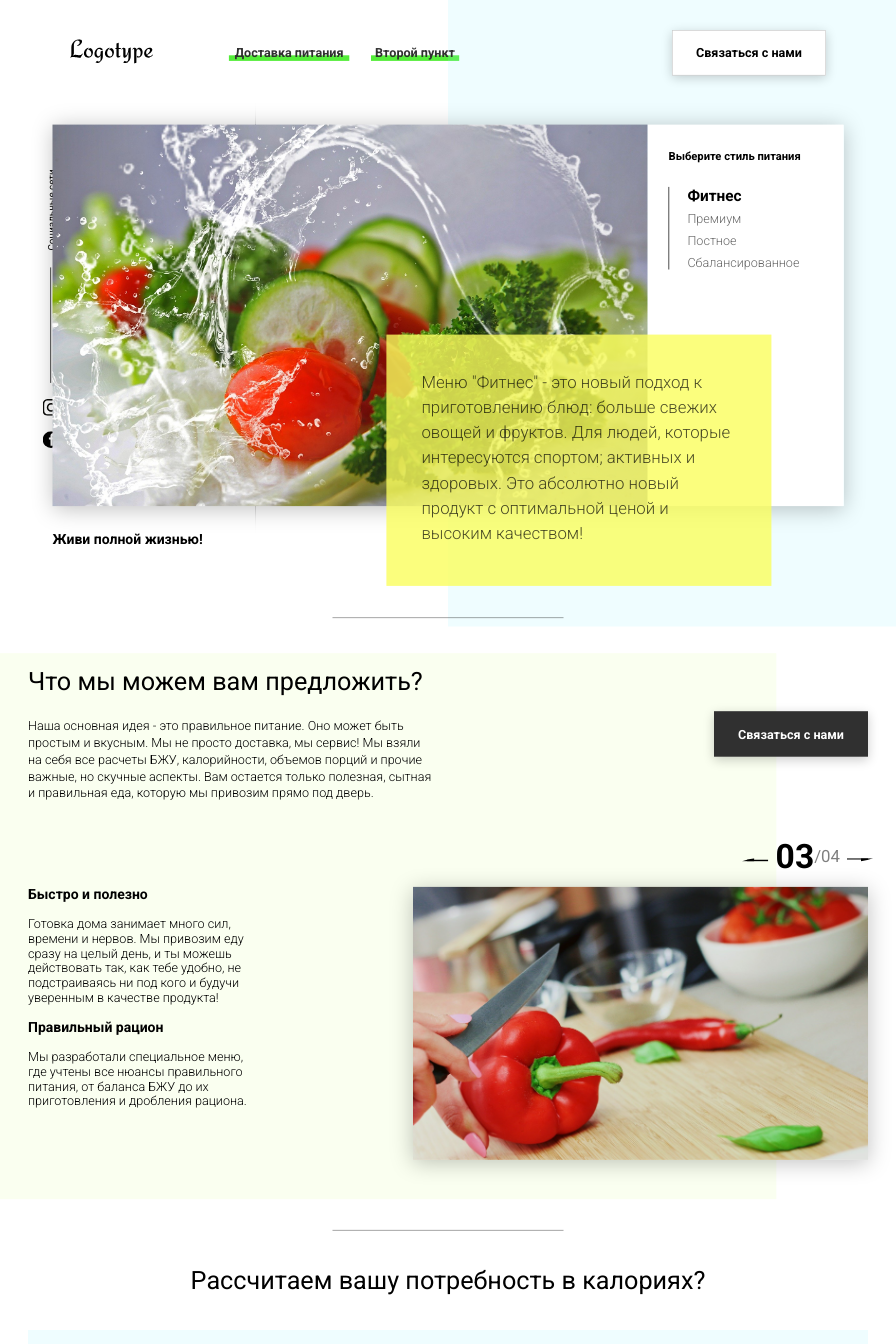
Repository: ne-comilfo/food
Page: index.html
These files come from the project's save history. The page is drawn as it stood at one moment and after a run of saves; the edit follows.
The browser window is 1280 px wide. The pictures show the part of the page from y = 0 to 1920 px (the page is 4251 px tall before and 3967 px after), at 70% of full size.

Above is the page before, as saved 2025-07-23 18:34:43.

### index.html
<!DOCTYPE html>
<html lang="en">

<head>
    <meta charset="UTF-8">
    <meta name="viewport" content="width=device-width, initial-scale=1.0">
    <title>Food</title>
    <link rel="stylesheet" href="css/style.css">
</head>

<body>
    <header class="header">
        <div class="header__left-block">
            <div class="header__logo">
                <img src="icons/logo.svg" alt="Логотип">
            </div>
            <nav class="header__links">
                <a href="#" class="header__link">Доставка питания</a>
                <a href="#" class="header__link">Второй пункт</a>
            </nav>
        </div>
        <div class="header__right-block">
            <button data-modal class="btn btn_white">Связаться с нами</button>
        </div>
    </header>
    <div class="sidepanel">
        <div class="sidepanel__text"><span>Социальные сети</span></div>
        <div class="sidepanel__divider"></div>
        <a href="#" class="sidepanel__icon">
            <img src="icons/instagram.svg" alt="instagram">
        </a>
        <a href="#" class="sidepanel__icon">
            <img src="icons/facebook.svg" alt="facebook">
        </a>
    </div>

    <div class="preview">
        <div class="bgc_blue"></div>
        <div class="container">
            <div class="tabcontainer">
                <div class="tabcontent">
                    <img src="img/tabs/vegy.jpg" alt="vegy">
                    <div class="tabcontent__descr">
                        Меню "Фитнес" - это новый подход к приготовлению блюд: больше свежих овощей и фруктов. Для
                        людей, которые интересуются спортом; активных и здоровых. Это абсолютно новый продукт с
                        оптимальной ценой и высоким качеством!
                    </div>
                </div>
                <div class="tabcontent">
                    <img src="img/tabs/elite.jpg" alt="elite">
                    <div class="tabcontent__descr">
                        Меню “Премиум” - мы используем не только красивый дизайн упаковки, но и качественное исполнение
                        блюд. Красная рыба, морепродукты, фрукты - ресторанное меню без похода в ресторан!
                    </div>
                </div>
                <div class="tabcontent">
                    <img src="img/tabs/post.jpg" alt="post">
                    <div class="tabcontent__descr">
                        Наше специальное “Постное меню” - это тщательный подбор ингредиентов: полное отсутствие
                        продуктов животного происхождения. Полная гармония с собой и природой в каждом элементе! Все
                        будет Ом!
                    </div>
                </div>
                <div class="tabcontent">
                    <img src="img/tabs/vegy.jpg" alt="vegy">
                    <div class="tabcontent__descr">
                        Меню "Сбалансированное" - это соответствие вашего рациона всем научным рекомендациям. Мы
                        тщательно просчитываем вашу потребность в к/б/ж/у и создаем лучшие блюда для вас.
                    </div>
                </div>
                <div class="tabheader">
                    <h3>Выберите стиль питания</h3>
                    <div class="tabheader__items">
                        <div class="tabheader__item tabheader__item_active">Фитнес</div>
                        <div class="tabheader__item">Премиум</div>
                        <div class="tabheader__item">Постное</div>
                        <div class="tabheader__item">Сбалансированное</div>
                    </div>
                </div>
            </div>
            <div class="preview__life">Живи полной жизнью!</div>
        </div>
    </div>

    <div class="divider"></div>

    <div class="offer">
        <div class="bgc_y"></div>
        <div class="container">
            <div class="offer__text">
                <h2 class="title">Что мы можем вам предложить?</h2>
                <div class="offer__descr">
                    Наша основная идея - это правильное питание. Оно может быть простым и вкусным. Мы не просто
                    доставка, мы сервис! Мы взяли на себя все расчеты БЖУ, калорийности, объемов порций и прочие важные,
                    но скучные аспекты. Вам остается только полезная, сытная и правильная еда, которую мы привозим прямо
                    под дверь.
                </div>
            </div>
            <div class="offer__action">
                <button class="btn btn_dark">Связаться с нами</button>
            </div>
        </div>
        <div class="container">
            <div class="offer__advantages">
                <h2>Быстро и полезно</h2>
                <div class="offer__advantages-text">
                    Готовка дома занимает много сил, времени и нервов. Мы привозим еду сразу на целый день, и ты можешь
                    действовать так, как тебе удобно, не подстраиваясь ни под кого и будучи уверенным в качестве
                    продукта!
                </div>
                <h2>Правильный рацион</h2>
                <div class="offer__advantages-text">
                    Мы разработали специальное меню, где учтены все нюансы правильного питания, от баланса БЖУ до их
                    приготовления и дробления рациона.
                </div>
            </div>
            <div class="offer__slider">
                <div class="offer__slider-counter">
                    <div class="offer__slider-prev">
                        <img src="icons/left.svg" alt="prev">
                    </div>
                    <span id="current">03</span>
                    /
                    <span id="total">04</span>
                    <div class="offer__slider-next">
                        <img src="icons/right.svg" alt="next">
                    </div>
                </div>
                <div class="offer__slider-wrapper">
                    <div class="offer__slide">
                        <img src="img/slider/pepper.jpg" alt="pepper">
                    </div>
                    <!-- <div class="offer__slide">
                        <img src="img/slider/food-12.jpg" alt="food">
                    </div>
                    <div class="offer__slide">
                        <img src="img/slider/olive-oil.jpg" alt="oil">
                    </div>
                    <div class="offer__slide">
                        <img src="img/slider/paprika.jpg" alt="paprika">
                    </div> -->
                </div>
            </div>
        </div>
    </div>

    <div class="divider"></div>

    <div class="calculating">
        <div class="container">
            <h2 class="title">Рассчитаем вашу потребность в калориях?
            </h2>
            <div class="calculating__field">
                <div class="calculating__subtitle">
                    Ваш пол
                </div>
                <div class="calculating__choose" id="gender">
                    <div class="calculating__choose-item calculating__choose-item_active">Женщина</div>
                    <div class="calculating__choose-item">Мужчина</div>
                </div>

                <div class="calculating__subtitle">
                    Ваша конституция
                </div>
                <div class="calculating__choose calculating__choose_medium">
                    <input type="text" id="height" placeholder="Введите рост" class="calculating__choose-item">
                    <input type="text" id="weight" placeholder="Введите вес" class="calculating__choose-item">
                    <input type="text" id="age" placeholder="Введите возраст" class="calculating__choose-item">
                </div>

                <div class="calculating__subtitle">
                    Выберите вашу физическая активность
                </div>
                <div class="calculating__choose calculating__choose_big">
                    <div id="low" class="calculating__choose-item">Низкая активность </div>
                    <div id="small" class="calculating__choose-item calculating__choose-item_active">Невысокая
                        активность</div>
                    <div id="medium" class="calculating__choose-item">Умеренная активность</div>
                    <div id="high" class="calculating__choose-item">Высокая активность</div>
                </div>

                <div class="calculating__divider"></div>

                <div class="calculating__total">
                    <div class="calculating__subtitle">
                        Ваша суточная норма калорий:
                    </div>
                    <div class="calculating__result">
                        <span>2700</span> ккал
                    </div>
                </div>
            </div>
        </div>
    </div>

    <div class="divider"></div>

    <div class="menu">
        <h2 class="title">Наше меню на день</h2>

        <div class="menu__field">
            <div class="container">
                <div class="menu__item">
                    <img src="img/tabs/vegy.jpg" alt="vegy">
                    <h3 class="menu__item-subtitle">Меню "Фитнес"</h3>
                    <div class="menu__item-descr">Меню "Фитнес" - это новый подход к приготовлению блюд: больше свежих
                        овощей и фруктов. Продукт активных и здоровых людей. Это абсолютно новый продукт с оптимальной
                        ценой и высоким качеством!</div>
                    <div class="menu__item-divider"></div>
                    <div class="menu__item-price">
                        <div class="menu__item-cost">Цена:</div>
                        <div class="menu__item-total"><span>229</span> грн/день</div>
                    </div>
                </div>
                <div class="menu__item">
                    <img src="img/tabs/elite.jpg" alt="elite">
                    <h3 class="menu__item-subtitle">Меню “Премиум”</h3>
                    <div class="menu__item-descr">В меню “Премиум” мы используем не только красивый дизайн упаковки, но
                        и качественное исполнение блюд. Красная рыба, морепродукты, фрукты - ресторанное меню без похода
                        в ресторан!</div>
                    <div class="menu__item-divider"></div>
                    <div class="menu__item-price">
                        <div class="menu__item-cost">Цена:</div>
                        <div class="menu__item-total"><span>550</span> грн/день</div>
                    </div>
                </div>
                <div class="menu__item">
                    <img src="img/tabs/post.jpg" alt="post">
                    <h3 class="menu__item-subtitle">Меню "Постное"</h3>
                    <div class="menu__item-descr">Меню “Постное” - это тщательный подбор ингредиентов: полное отсутствие
                        продуктов животного происхождения, молоко из миндаля, овса, кокоса или гречки, правильное
                        количество белков за счет тофу и импортных вегетарианских стейков. </div>
                    <div class="menu__item-divider"></div>
                    <div class="menu__item-price">
                        <div class="menu__item-cost">Цена:</div>
                        <div class="menu__item-total"><span>430</span> грн/день</div>
                    </div>
                </div>
            </div>
        </div>
    </div>

    <div class="order">
        <div class="container">
            <div class="title">Заказывай пробный день прямо сейчас!</div>
            <form action="#" class="order__form">
                <input required placeholder="Ваше имя" name="name" type="text" class="order__input">
                <input required placeholder="Ваш номер телефона" name="phone" type="phone" class="order__input">
                <img src="icons/right.svg" alt="right">
                <button data-modal class="btn btn_dark btn_min">Перезвонить мне</button>
            </form>
        </div>
    </div>

    <div class="divider"></div>

    <div class="promotion">
        <div class="bgc_y"></div>
        <div class="container">
            <div class="promotion__text">
                <div class="title">Акция для новых клиентов!</div>
                <div class="promotion__descr">
                    Мы ценим каждого клиента и предлагаем вам стать одним из них на очень выгодных условиях.
                    Каждому, кто закажет доставку питание на неделю, будет предоставлена скидка в размере
                    <span>20%!</span>
                    <br><br>
                    Акция закончится 29 июля в 00:00
                </div>
            </div>
            <div class="promotion__timer">
                <div class="title">Осталось до конца акции:</div>
                <div class="timer">
                    <div class="timer__block">
                        <span id="days">12</span>
                        дней
                    </div>
                    <div class="timer__block">
                        <span id="hours">20</span>
                        часов
                    </div>
                    <div class="timer__block">
                        <span id="minutes">56</span>
                        минут
                    </div>
                    <div class="timer__block">
                        <span id="seconds">20</span>
                        секунд
                    </div>
                </div>
            </div>
        </div>
    </div>

    <footer class="footer">
        <div class="container">
            <div class="social">
                <div class="subtitle">Мы в социальных сетях:</div>
                <a href="#" class="link">instagram</a>
                <a href="#" class="link">facebook</a>
            </div>
            <div class="pepper">
                <img src="icons/veg.svg" alt="pepper">
            </div>
            <div class="call">
                <div class="subtitle">Или позвоните нам</div>
                <a href="#" class="link">+380678341034</a>
                <a href="#" class="link">+380500941356</a>
            </div>
        </div>
    </footer>

    <div class="modal">
        <div class="modal__dialog">
            <div class="modal__content">
                <form action="#">
                    <div data-close class="modal__close">&times;</div>
                    <div class="modal__title">Мы свяжемся с вами как можно быстрее!</div>
                    <input required placeholder="Ваше имя" name="name" type="text" class="modal__input">
                    <input required placeholder="Ваш номер телефона" name="phone" type="phone" class="modal__input">
                    <button class="btn btn_dark btn_min">Перезвонить мне</button>
                </form>
            </div>
        </div>
    </div>
    <script src='js/script.js'></script>
</body>

</html>

### js/script.js
document.addEventListener('DOMContentLoaded', () => {

    const tabs = document.querySelectorAll('.tabheader__item'),
        tabContent = document.querySelectorAll('.tabcontent'),
        tabParent = document.querySelector('.tabheader__items');

    function hiddenTabContent() {
        tabContent.forEach(item => {
            item.classList.add('hide');
            item.classList.remove('show', 'fade');
        })
        tabs.forEach(item => {
            item.classList.remove('tabheader__item_active');
        })
    }

    function showTabContent(i = 0) {
        tabContent[i].classList.remove('hide');
        tabContent[i].classList.add('show', 'fade');
        tabs[i].classList.add('tabheader__item_active');
    }

    hiddenTabContent();
    showTabContent();

    tabParent.addEventListener('click', (e) => {
        const target = e.target;
        if (target && target.classList.contains('tabheader__item')) {
            tabs.forEach((item, i) => {
                if (target == item) {
                    hiddenTabContent();
                    showTabContent(i);
                }
            })
        }
    })

    const endData = new Date('2025-07-29'),
        hours = document.querySelector('#hours'),
        days = document.querySelector('#days'),
        minutes = document.querySelector('#minutes'),
        seconds = document.querySelector('#seconds');

    function updateData() {
        const startData = new Date();
        let diffData = endData - startData;
        if (diffData <= 0) {
            days.textContent = '0';
            hours.textContent = '0';
            minutes.textContent = '0';
            seconds.textContent = '0';
            clearInterval(id);
            return;
        }
        const totalSeconds = Math.floor(diffData / 1000);
        days.textContent = Math.floor(totalSeconds / (3600 * 24));
        hours.textContent = Math.floor(totalSeconds / (3600) % 24) - 3;
        minutes.textContent = Math.floor(totalSeconds / 60) % 60;
        seconds.textContent = totalSeconds % 60;
    }
    const timerId = setInterval(updateData, 1000);
    updateData();

    const elementsModal = document.querySelectorAll('[data-modal]'),
        modalWindow = document.querySelector('.modal'),
        cancelModal = document.querySelector('[data-close]');

    elementsModal.forEach(item => {
        item.addEventListener('click', (e) => {
            modalWindow.style.display = 'block';
        })
    })
    cancelModal.addEventListener('click', () => {

    })
})

Loaded but not shown: css/style.css (library)

After the next 2 saves:
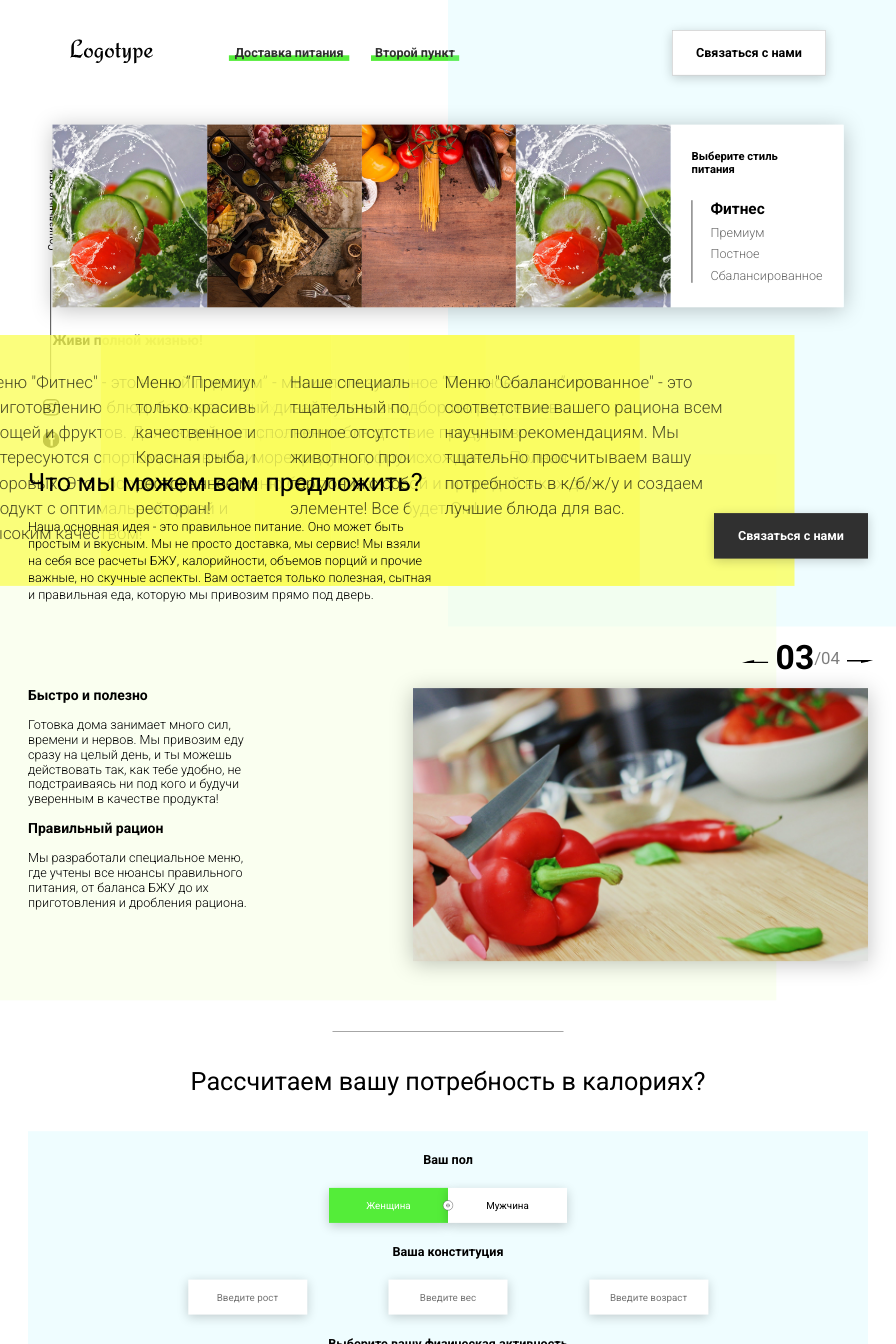
Console error: SyntaxError: Unexpected token '}'
The 2 saves are shown as one change because they came seconds apart.
The last was saved 20 s later.
--- a/js/script.js
+++ b/js/script.js
@@ -71,6 +71,6 @@
         })
     })
     cancelModal.addEventListener('click', () => {
-
+        modalWindow.style.
     })
 })

After the 2 saves that followed:
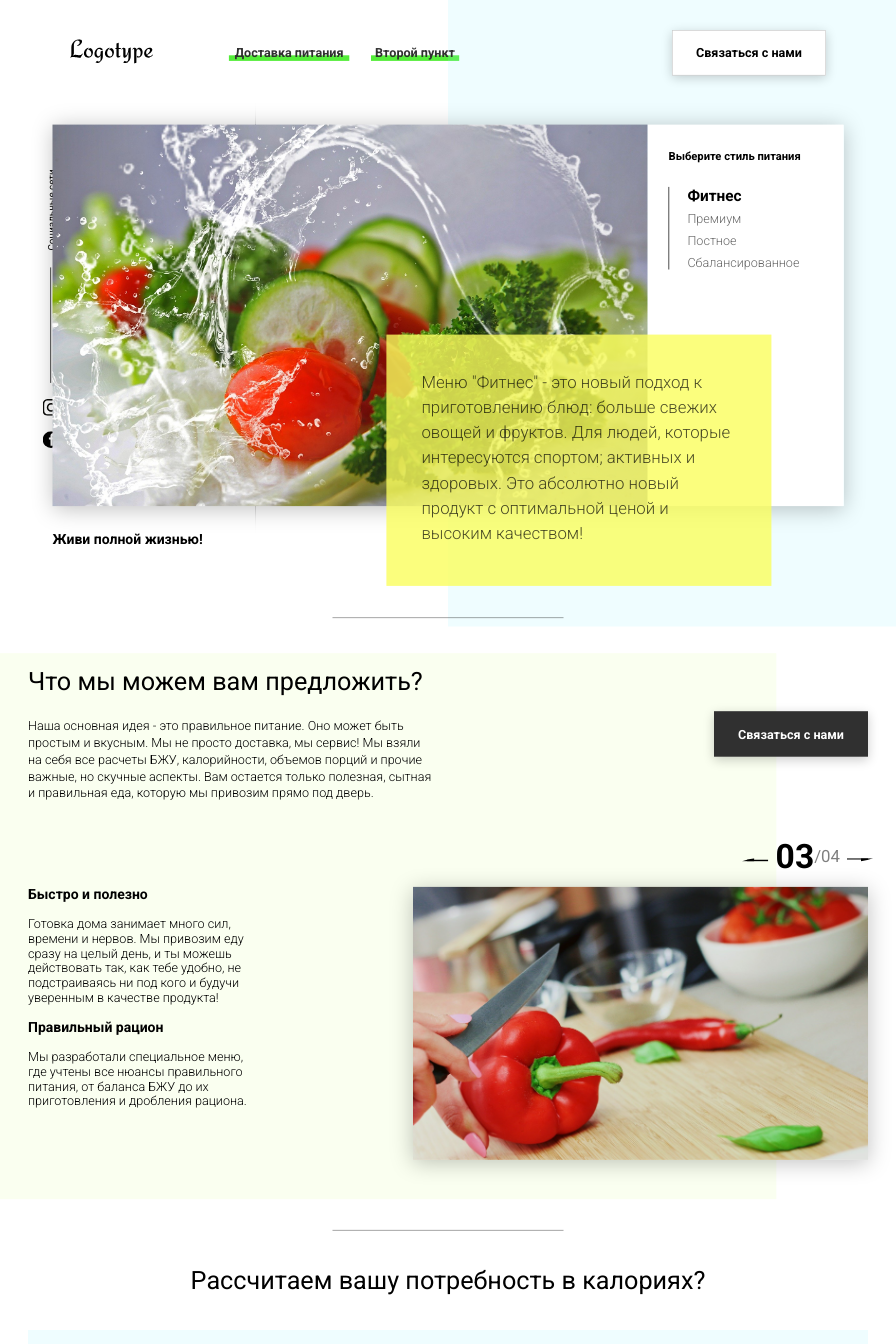
The error is gone.
The 2 saves are shown as one change because they came seconds apart.
The last was saved 7 s later.
--- a/js/script.js
+++ b/js/script.js
@@ -71,6 +71,6 @@
         })
     })
     cancelModal.addEventListener('click', () => {
-        modalWindow.style.
+        modalWindow.style.display = ''
     })
 })
